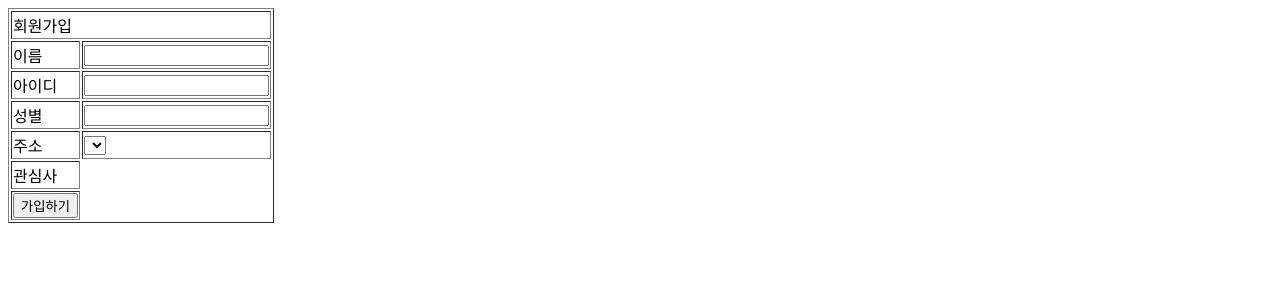
Repository: AiharaAkira/jsp
Page: WebWorkSpace/02_InputOutput/src/main/webapp/reg.html
An editor plug-in stored every save of this project. The page is shown before and after the next save, followed by the edit.
The browser window is 1280 px wide. The pictures show the whole page.

Above is the page before, as saved 2021-11-08 02:47:55.

### WebWorkSpace/02_InputOutput/src/main/webapp/reg.html
<!DOCTYPE html>
<html>
<head>
<meta charset="UTF-8">
<title>Insert title here</title>
</head>
<body>
	<form action="reg" method="post">
		<table border="1">
			<tr>
				<td colspan="2">회원가입</td>
			</tr>
			<tr>
				<td>이름</td><td><input></td>
			</tr>
			<tr>
				<td>아이디</td><td><input></td>
			</tr>
			<tr>
				<td>성별</td><td><input></td>
			</tr>
			<tr>
				<td>주소</td>
				<td><select>
				<option value="서울">
				<option value="경기">
				<option value="부산">
				</select></td>
			</tr>
			<tr>
				<td>관심사</td>
			</tr>
			<tr>
				<td><button>가입하기</button></td>
			</tr>

		</table>
	</form>
</body>
</html>

After the next save:
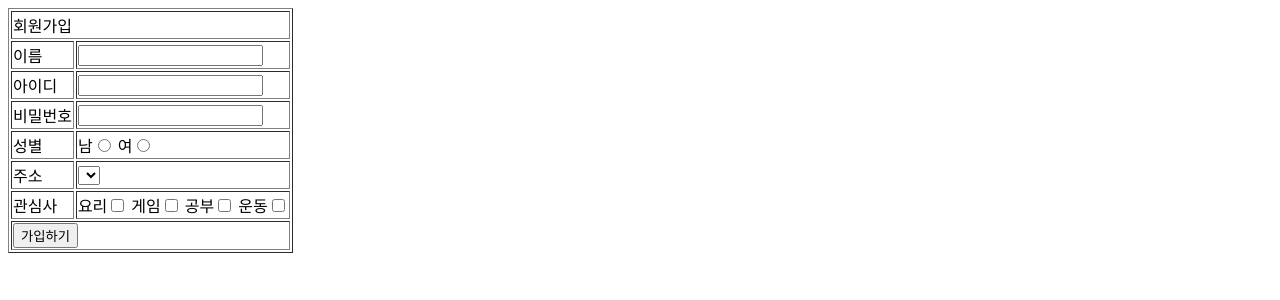
Saved 3 min 44 s later.
--- a/WebWorkSpace/02_InputOutput/src/main/webapp/reg.html
+++ b/WebWorkSpace/02_InputOutput/src/main/webapp/reg.html
@@ -17,7 +17,11 @@
 				<td>아이디</td><td><input></td>
 			</tr>
 			<tr>
-				<td>성별</td><td><input></td>
+				<td>비밀번호</td><td><input></td>
+			</tr>
+			<tr>
+				<td>성별</td><td>남<input type="radio" value="Man">
+								여<input type="radio" value="Women"></td>
 			</tr>
 			<tr>
 				<td>주소</td>
@@ -28,10 +32,13 @@
 				</select></td>
 			</tr>
 			<tr>
-				<td>관심사</td>
+				<td>관심사</td><td>요리<input type="checkbox" value="요리">
+				게임<input type="checkbox" value="게임">
+				공부<input type="checkbox" value="공부">
+				운동<input type="checkbox" value="운동"></td>
 			</tr>
 			<tr>
-				<td><button>가입하기</button></td>
+				<td colspan="2"><button>가입하기</button></td>
 			</tr>
 
 		</table>
